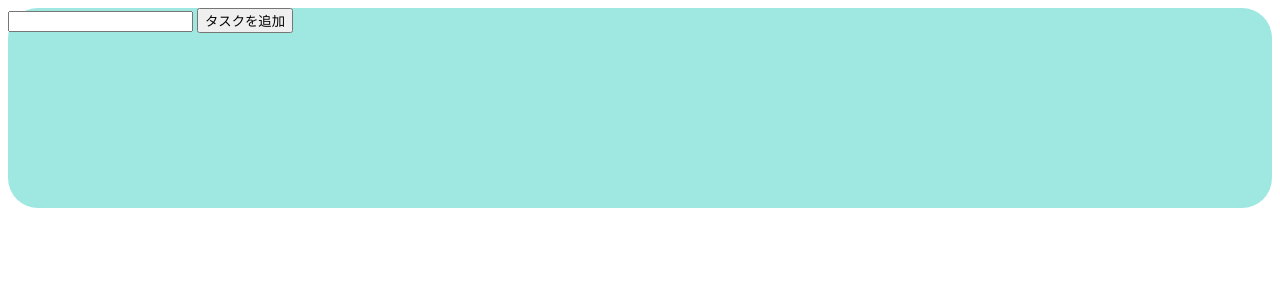
Repository: akira882/Todo-App-Github-flow
Page: todoApp.html
These files come from the project's save history. The page is drawn as it stood at one moment and after the next save; the edit follows.
The browser window is 1280 px wide. The pictures show the whole page.
Empty fields were first filled with sample values (such as "Sample", 5 or name@example.com).
After loading, the first visible `#addTodo` was clicked once.

Above is the page before, as saved 2024-02-17 17:36:15.

### todoApp.html
<!DOCTYPE html>
<html lang="ja">

<head>
  <meta charset="UTF-8">
  <meta name="viewport" content="width=device-width, initial-scale=1.0">
  <link rel="stylesheet" href="style.css">
  <title>Todo App</title>
</head>

<body>
  <div id="add-todo">
    <input type="text" name="Todo" id="input" />
    <button id="addTodo">タスクを追加</button>
  </div>
  <div>
    <ul id="todoList"></ul>
  </div>

  <script src="https://cdnjs.cloudflare.com/ajax/libs/jquery/3.7.1/jquery.min.js" integrity="sha512-v2CJ7UaYy4JwqLDIrZUI/4hqeoQieOmAZNXBeQyjo21dadnwR+8ZaIJVT8EE2iyI61OV8e6M8PP2/4hpQINQ/g==" crossorigin="anonymous" referrerpolicy="no-referrer"></script>
<script src="app.js"></script>
</body>

</html>

### style.css
#add-todo {
  background: rgb(159 232 225);
  height: 200px;
  border-radius: 30px;
}

### app.js
$("#addTodo").click(function () {
  const inputTodo = $("#input").val();
  $("#todo").append("<li><input type = 'checkbox'>" + inputTodo + "</li>");

  $("input").val("");
});

After the next save:
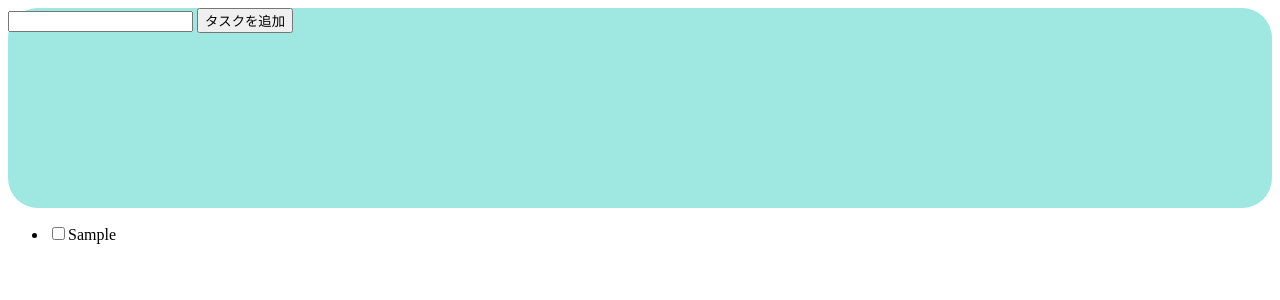
Saved 5 s later.
--- a/app.js
+++ b/app.js
@@ -1,6 +1,6 @@
 $("#addTodo").click(function () {
   const inputTodo = $("#input").val();
-  $("#todo").append("<li><input type = 'checkbox'>" + inputTodo + "</li>");
+  $("#todoList").append("<li><input type = 'checkbox'>" + inputTodo + "</li>");
 
   $("input").val("");
 });
